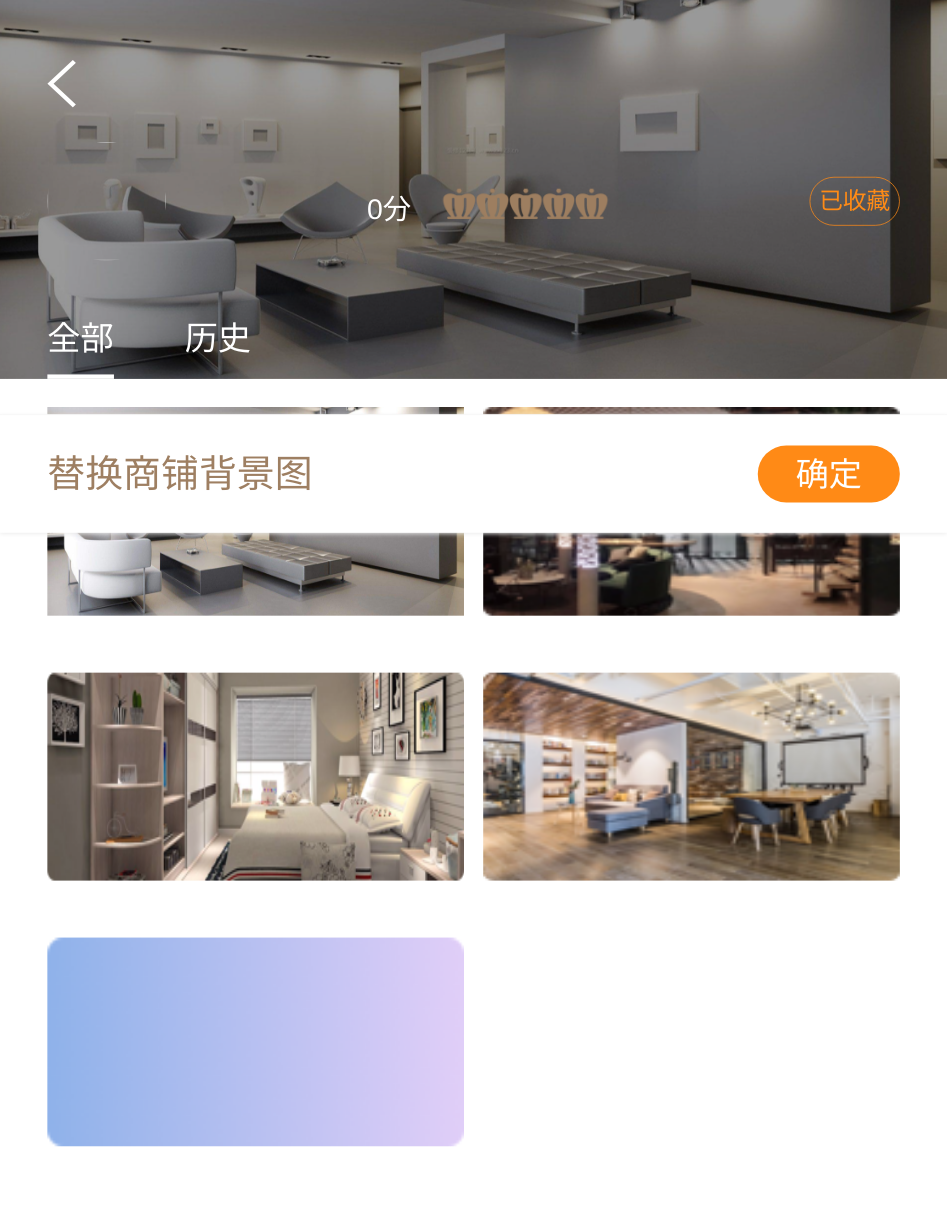
Repository: missing-star/rockBridge
Page: shop-set-bg.html
These files come from the project's save history. The page is drawn as it stood at one moment and after the next save; the edit follows.
The browser window is 1280 px wide. The pictures show the whole page, at 74% of full size.

Above is the page before, as saved 2019-05-17 09:40:37.

After the next save:
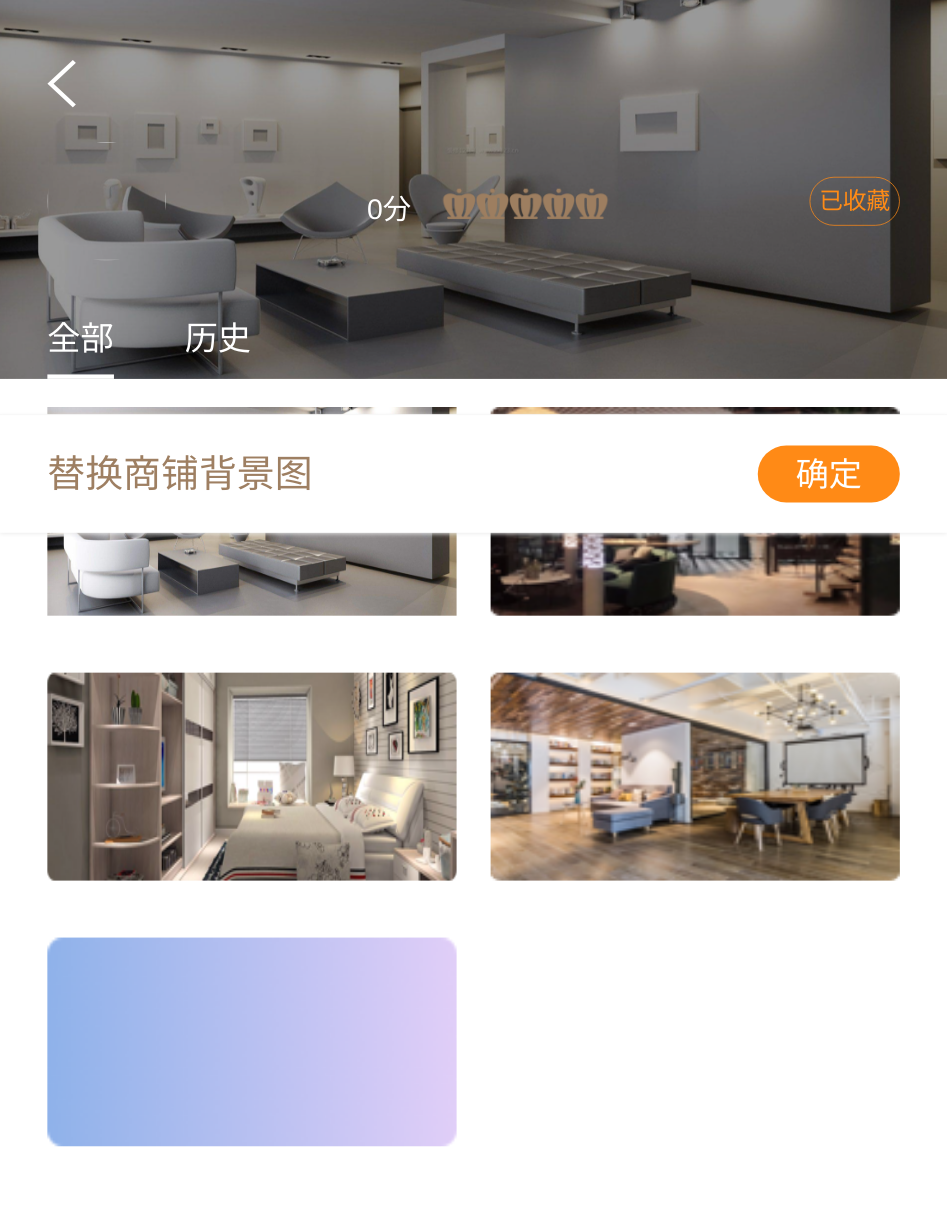
Saved 38 s later.
--- a/css/shop-set-bg.css
+++ b/css/shop-set-bg.css
@@ -10,7 +10,7 @@ img.preview-item {
 }
 .preview-img-wrapper {
     position: relative;
-    width: 44vw;
+    width: 48%;
     height: 22vw;
     margin: 3vw 0;
 }
